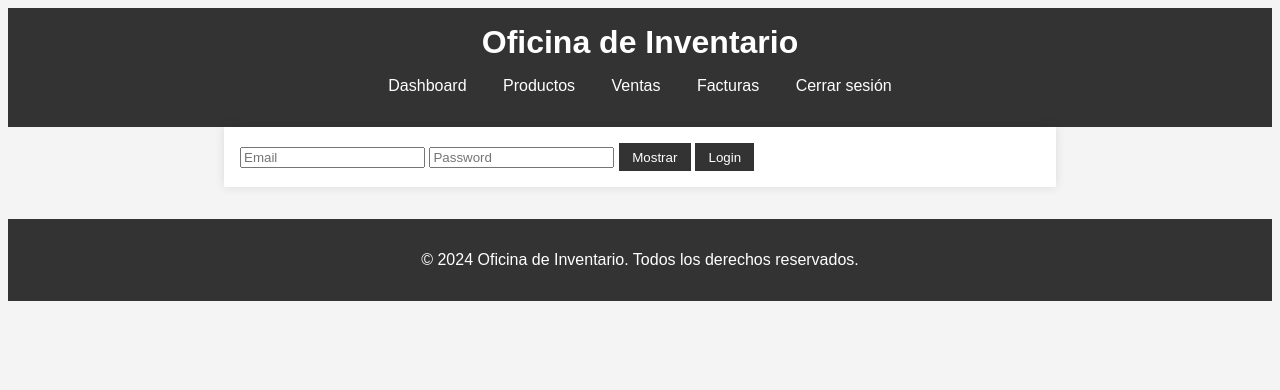
Repository: Connie75/Inventario
Page: http://localhost/views/login.php
The author's editor kept a copy of each file at every save. The page is drawn from the files as they stood at one save, then again after the next save.
The browser window is 1280 px wide. The pictures show the whole page.
The page is run by PHP 8.4 with error messages shown; the project is at /var/www/html/.

Above is the page before, as saved 2024-07-23 21:37:38.

### views/login.php
<!-- views/login.php -->
<?php include '../includes/header.php'; ?>
<form action="../actions/login.php" method="post">
    <input type="email" name="email" placeholder="Email" required>
    <input type="password" name="password" placeholder="Password" required>
    <button type="button" id="togglePassword">Mostrar</button>
    <button type="submit">Login</button>
</form>

<?php include '../includes/footer.php'; ?>

### includes/header.php
<!-- includes/header.php -->
<!DOCTYPE html>
<html lang="es">
<head>
    <meta charset="UTF-8">
    <meta name="viewport" content="width=device-width, initial-scale=1.0">
    <title>Oficina de Inventario</title>
    <link rel="stylesheet" href="../css/styles.css">
    <script src="../js/scripts.js" defer></script>
</head>
<body>
    <header>
        <h1>Oficina de Inventario</h1>
        <nav>
            <ul>
                <li><a href="../views/dashboard.php">Dashboard</a></li>
                <li><a href="../views/products.php">Productos</a></li>
                <li><a href="../views/sales.php">Ventas</a></li>
                <li><a href="../views/invoices.php">Facturas</a></li>
                <li><a href="../actions/logout.php">Cerrar sesión</a></li>
            </ul>
        </nav>
    </header>
    <main>

### includes/footer.php
<!-- includes/footer.php -->
</main>
    <footer>
        <p>&copy; 2024 Oficina de Inventario. Todos los derechos reservados.</p>
    </footer>
</body>
</html>

### CSS/Styles.css
/* css/styles.css */
body {
    font-family: Arial, sans-serif;
    background-color: #f4f4f4;
    color: #333;
}

header {
    background-color: #333;
    color: #fff;
    padding: 1em 0;
    text-align: center;
}

header h1 {
    margin: 0;
}

nav ul {
    list-style: none;
    padding: 0;
    text-align: center;
}

nav ul li {
    display: inline;
    margin: 0 1em;
}

nav ul li a {
    color: #fff;
    text-decoration: none;
}

main {
    padding: 1em;
    max-width: 800px;
    margin: 0 auto;
    background-color: #fff;
    box-shadow: 0 0 10px rgba(0,0,0,0.1);
}

footer {
    background-color: #333;
    color: #fff;
    text-align: center;
    padding: 1em 0;
    margin-top: 2em;
}

table {
    width: 100%;
    border-collapse: collapse;
    margin-top: 1em;
}

table, th, td {
    border: 1px solid #ccc;
    padding: 0.5em;
    text-align: left;
}

button {
    background-color: #333;
    color: #fff;
    border: none;
    padding: 0.5em 1em;
    cursor: pointer;
}

button:hover {
    background-color: #555;
}

### js/Scripts.js
// js/scripts.js

document.addEventListener('DOMContentLoaded', function () {
    // Validación de formularios
    var forms = document.querySelectorAll('form');

    forms.forEach(function (form) {
        form.addEventListener('submit', function (event) {
            var inputs = form.querySelectorAll('input[required], textarea[required], select[required]');
            var valid = true;

            inputs.forEach(function (input) {
                if (!input.value) {
                    input.style.borderColor = 'red';
                    valid = false;
                } else {
                    input.style.borderColor = 'initial';
                }
            });

            if (!valid) {
                event.preventDefault();
                alert('Por favor, rellena todos los campos obligatorios.');
            }
        });
    });

    // Actualización dinámica de cantidad de productos
    var cantidadInputs = document.querySelectorAll('input[name="cantidad"]');
    var precioInputs = document.querySelectorAll('input[name="precio"]');
    var totalDisplay = document.querySelector('#total');

    cantidadInputs.forEach(function (cantidadInput) {
        cantidadInput.addEventListener('input', actualizarTotal);
    });

    precioInputs.forEach(function (precioInput) {
        precioInput.addEventListener('input', actualizarTotal);
    });

    function actualizarTotal() {
        var cantidad = parseFloat(cantidadInputs[0].value) || 0;
        var precio = parseFloat(precioInputs[0].value) || 0;
        var total = cantidad * precio;

        if (totalDisplay) {
            totalDisplay.textContent = 'Total: $' + total.toFixed(2);
        }
    }

    // Mostrar/ocultar contraseña
    var togglePassword = document.querySelector('#togglePassword');
    var passwordInput = document.querySelector('input[name="password"]');

    if (togglePassword && passwordInput) {
        togglePassword.addEventListener('click', function () {
            var type = passwordInput.getAttribute('type') === 'password' ? 'text' : 'password';
            passwordInput.setAttribute('type', type);
            this.textContent = type === 'password' ? 'Mostrar' : 'Ocultar';
        });
    }
});

After the next save:
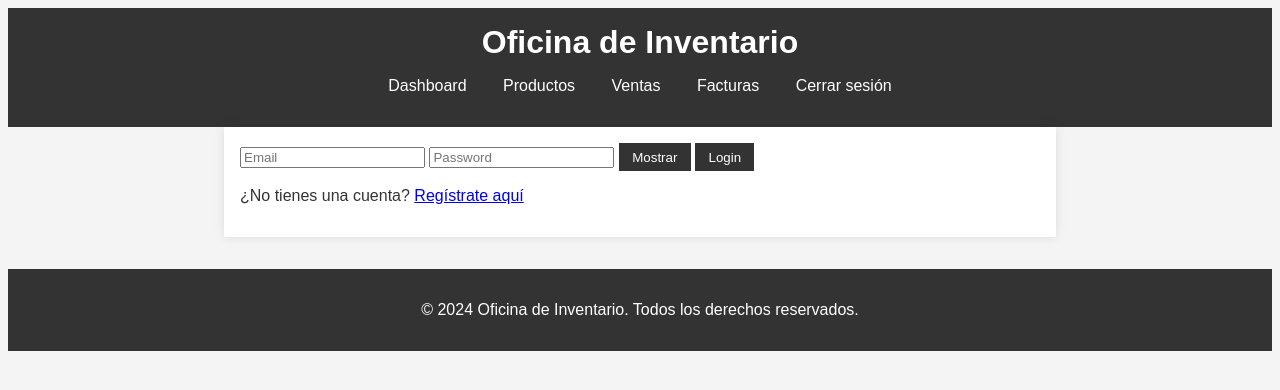
Saved 73 s later.
--- a/views/login.php
+++ b/views/login.php
@@ -6,5 +6,5 @@
     <button type="button" id="togglePassword">Mostrar</button>
     <button type="submit">Login</button>
 </form>
-
+<p>¿No tienes una cuenta? <a href="register.php">Regístrate aquí</a></p>
 <?php include '../includes/footer.php'; ?>
